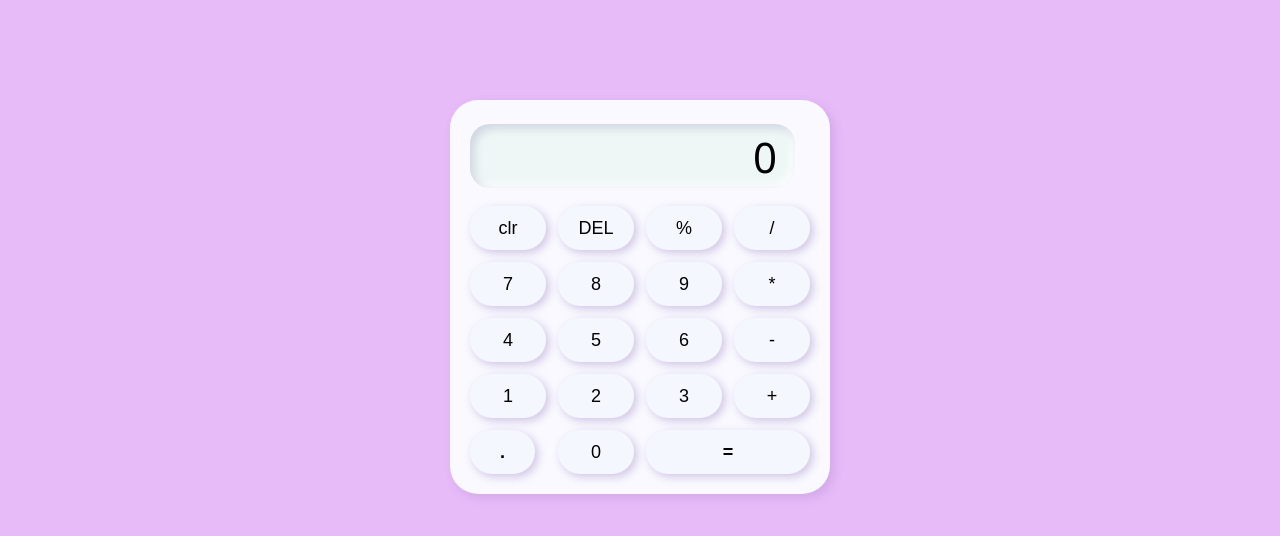
Repository: meti-guda/simple-calculator
Page: index.html
These files come from the project's save history. The page is drawn as it stood at one moment and after the next save; the edit follows.
The browser window is 1280 px wide. The pictures show the whole page.

Above is the page before, as saved 2025-12-11 13:03:13.

### index.html
<!DOCTYPE html>
<html lang="en">
  <head>
    <meta charset="UTF-8" />
    <title>Simple Calculator</title>
    <link rel="stylesheet" href="style.css" />
  </head>
  <body>
    <div class="contianer">
      <div class="calculator">
        <div class="display">
          <div class="expression" id="expression">0</div>
        </div>

        <div class="values">
          <button data-action="clear">clr</button>
          <button data-action="del">DEL</button>
          <button data-value="%">%</button>
          <button data-value="/">/</button>

          <button data-value="7">7</button>
          <button data-value="8">8</button>
          <button data-value="9">9</button>
          <button data-value="*">*</button>

          <button data-value="4">4</button>
          <button data-value="5">5</button>
          <button data-value="6">6</button>
          <button data-value="-">-</button>

          <button data-value="1">1</button>
          <button data-value="2">2</button>
          <button data-value="3">3</button>
          <button data-value="+">+</button>

          <button class="dot" data-value=".">.</button>
          <button data-value="0">0</button>
          <button class="equal" data-action="equals">=</button>
        </div>
      </div>
    </div>

    <script src="index.js"></script>
  </body>
</html>

### style.css
body {
  display: flex;
  align-items: center;
  justify-content: center;
  background-color: #e7baf8;
  font-family: "Segoe UI", system-ui, sans-serif;
  box-sizing: border-box;
  margin-top: 100px;
  padding: 0;
}

.container {
  padding: 16px;
}

.calculator {
  width: 340px;
  padding: 24px 20px 20px;
  border-radius: 28px;
  background-color: #f9f9ff;
  box-shadow: 4px 4px 10px rgba(150, 121, 189, 0.25);
}

.display {
  width: 85%;
  height: 64px;
  border-radius: 20px;
  background-color: #eef6f6;
  box-shadow: inset 4px 4px 10px rgba(161, 161, 190, 0.4),
    inset -4px -4px 10px rgba(255, 255, 255, 0.9);
  display: flex;
  align-items: center;
  justify-content: flex-end;
  padding: 0 18px;
  margin-bottom: 18px;
  overflow: hidden;
}

.expression {
  font-size: 42px;
  color: #000;
  white-space: nowrap;
}

.values {
  display: grid;
  grid-template-columns: repeat(4, 1fr);
  grid-gap: 12px;
}

.values button {
  border: none;
  outline: none;
  height: 44px;
  border-radius: 150px;
  background-color: #f5f7ff;
  box-shadow: 3px 3px 8px rgba(150, 121, 189, 0.4);
  color: #000;
  font-size: 18px;
  cursor: pointer;
  transition: transform 0.08s ease, box-shadow 0.08s ease, background 0.1s;
}

button:hover {
  background-color: #c79dd3;
  color: white;
}

.values button:active {
  transform: translateY(1px);
  background-color: #c76eca;
  box-shadow: inset 2px 2px 5px rgba(150, 121, 189, 0.4);
}

.dot {
  justify-self: flex-start;
  width: 65px;
  font-weight: 700;
}

.equal {
  grid-column: span 2;
  background-color: #d87bb4;
  color: #ffffff;
  font-weight: 600;
  box-shadow: 3px 3px 8px rgba(160, 100, 150, 0.5);
}

.equal:active {
  box-shadow: inset 2px 2px 5px rgba(160, 100, 150, 0.5);
}

@media (max-width: 400px) {
  .calculator {
    width: 90%;
  }
}

### index.js
class Calculator {
  constructor() {
    this.displayValue = "0";
    this.previousValue = null;
    this.operation = null;
    this.shouldResetDisplay = false;

    // your display div has class="expression"
    this.displayElement = document.querySelector(".expression");

    this.setupEventListeners();
    this.updateDisplay();
  }

  setupEventListeners() {
    // number buttons: have data-value with 0–9 but NO data-action
    document.querySelectorAll(".values button").forEach((btn) => {
      const action = btn.dataset.action;
      const value = btn.dataset.value;

      if (!action && value !== undefined) {
        // treat as number or dot key
        if (value === ".") {
          btn.addEventListener("click", () => this.handleDecimal());
        } else {
          btn.addEventListener("click", () => this.handleNumber(value));
        }
      } else if (action) {
        // action keys
        if (action === "equals") {
          btn.addEventListener("click", () => this.handleEquals());
        } else if (action === "clear") {
          btn.addEventListener("click", () => this.handleClear());
        } else if (action === "del") {
          btn.addEventListener("click", () => this.handleDelete());
        }
      }

      // operator keys have data-value of + - * / %
      if (["+", "-", "*", "/", "%"].includes(value)) {
        btn.addEventListener("click", () => this.handleOperator(value));
      }
    });

    // keyboard support
    document.addEventListener("keydown", (e) => this.handleKeyboard(e));
  }

  handleNumber(num) {
    if (this.shouldResetDisplay) {
      this.displayValue = num;
      this.shouldResetDisplay = false;
    } else {
      this.displayValue =
        this.displayValue === "0" ? num : this.displayValue + num;
    }
    this.updateDisplay();
  }

  handleDecimal() {
    if (this.shouldResetDisplay) {
      this.displayValue = "0.";
      this.shouldResetDisplay = false;
    } else if (!this.displayValue.includes(".")) {
      this.displayValue += ".";
    }
    this.updateDisplay();
  }

  handleOperator(op) {
    const current = parseFloat(this.displayValue);

    if (this.previousValue === null) {
      this.previousValue = current;
    } else if (this.operation) {
      const result = this.calculate(
        this.previousValue,
        current,
        this.operation
      );
      this.displayValue = this.formatResult(result);
      this.previousValue = result;
      this.updateDisplay();
    }

    this.operation = op;
    this.shouldResetDisplay = true;
  }

  handleEquals() {
    if (this.operation === null || this.previousValue === null) {
      return;
    }

    const current = parseFloat(this.displayValue);
    const result = this.calculate(this.previousValue, current, this.operation);
    this.displayValue = this.formatResult(result);
    this.previousValue = null;
    this.operation = null;
    this.shouldResetDisplay = true;
    this.updateDisplay();
  }

  handleClear() {
    this.displayValue = "0";
    this.previousValue = null;
    this.operation = null;
    this.shouldResetDisplay = false;
    this.updateDisplay();
  }

  handleDelete() {
    if (this.displayValue === "0" || this.shouldResetDisplay) {
      return;
    }
    this.displayValue = this.displayValue.slice(0, -1) || "0";
    this.updateDisplay();
  }

  calculate(prev, current, op) {
    switch (op) {
      case "+":
        return prev + current;
      case "-":
        return prev - current;
      case "*":
        return prev * current;
      case "/":
        return current !== 0 ? prev / current : 0;
      case "%":
        return prev % current;
      default:
        return current;
    }
  }

  formatResult(num) {
    return parseFloat(num.toFixed(10)).toString();
  }

  handleKeyboard(e) {
    if (e.key >= "0" && e.key <= "9") this.handleNumber(e.key);
    if (e.key === ".") this.handleDecimal();
    if (["+", "-", "*", "/", "%"].includes(e.key)) {
      e.preventDefault();
      this.handleOperator(e.key);
    }
    if (e.key === "Enter" || e.key === "=") {
      e.preventDefault();
      this.handleEquals();
    }
    if (e.key === "Backspace") {
      e.preventDefault();
      this.handleDelete();
    }
    if (e.key === "Escape") {
      e.preventDefault();
      this.handleClear();
    }
  }

  updateDisplay() {
    this.displayElement.textContent = this.displayValue;
  }
}

// create calculator once DOM is loaded
document.addEventListener("DOMContentLoaded", () => {
  new Calculator();
});

After the next save:
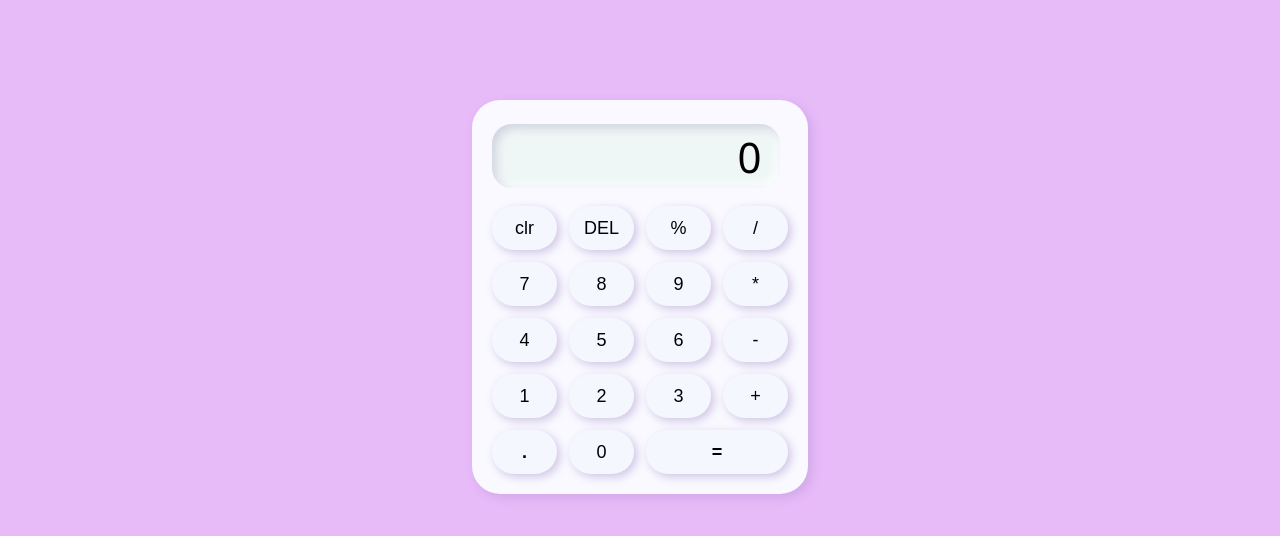
Saved 34 s later.
--- a/style.css
+++ b/style.css
@@ -14,7 +14,7 @@ body {
 }
 
 .calculator {
-  width: 340px;
+  max-width: 340px;
   padding: 24px 20px 20px;
   border-radius: 28px;
   background-color: #f9f9ff;
